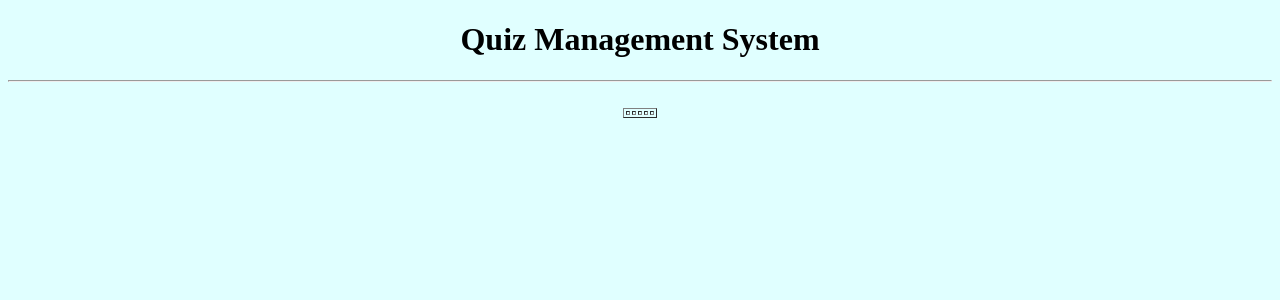
Repository: Rohitsenpai01/Quiz-Manangement-System
Page: http://localhost/WebQuizApp/viewresult.jsp
These files come from the project's save history. The page is drawn as it stood at one moment and after the next save; the edit follows.
The browser window is 1280 px wide. The pictures show the whole page.
The page is served by Tomcat 9. Other server files are loaded and not shown. Queries for data that is not in the repository find no rows.

Above is the page before, as saved 2025-12-30 18:43:33.

### WebQuizApp/WebQuizApp/src/main/webapp/viewresult.jsp
<%@ page language="java" contentType="text/html; charset=UTF-8"
    pageEncoding="UTF-8"%>
<%@ taglib prefix="c" uri="http://java.sun.com/jsp/jstl/core" %>
<!DOCTYPE html>
<html>
<head>
<meta charset="UTF-8">
<title>Insert title here</title>
</head>
<body bgcolor="${initParam.theme}">
	<h1 style="text-align: center;">${initParam.appTitle}</h1><hr><br>
	<jsp:useBean id="vr" class="com.app.beans.AttemptQuizBean"/>
	${vr.viewresult()}
	<div style="text-align: center;">
		<table border="1" align="center">
			<thead>
				<tr>
					<th></th>
					<th></th>
					<th></th>
					<th></th>
					<th></th>
				</tr>
			</thead>
			<tbody>
				<c:forEach var="at" items="${vr.attemptList }">
					<tr>
						<td>${at.attempt_id}</td>
						<td>${at.quiz_id}</td>
						<td>${at.user_id}</td>
						<td>${at.final_score}</td>
						<td>${at.total_questions}</td>
					</tr>
				</c:forEach>
			</tbody>
		</table>
	</div>
</body>
</html>

### WebQuizApp/WebQuizApp/src/main/java/com/app/beans/AttemptQuizBean.java
package com.app.beans;

import java.util.ArrayList;
import java.util.List;

import com.app.daos.AttemptDao;
import com.app.daos.AttemptDaoImp;
import com.app.pojos.Attempts;

public class AttemptQuizBean {
	private List<Attempts> attemptList;
	public AttemptQuizBean() {
		this.attemptList = new ArrayList<>();
	}
	public List<Attempts> getAttemptList() {
		return attemptList;
	}
	public void setAttemptList(List<Attempts> attemptList) {
		this.attemptList = attemptList;
	}
	public void viewresult() {
		try(AttemptDao attemptDao = new AttemptDaoImp()) {
			List<Attempts> attempt = attemptDao.findAll();
			this.attemptList =  attempt;
		} catch(Exception e) {
			e.printStackTrace();
		}
	}

}

### WebQuizApp/WebQuizApp/src/main/java/com/app/daos/AttemptDao.java
package com.app.daos;

import java.util.List;

import com.app.pojos.Attempts;

public interface AttemptDao extends AutoCloseable{
	List<Attempts> findAll() throws Exception;
}

### WebQuizApp/WebQuizApp/src/main/java/com/app/daos/Dao.java
package com.app.daos;

import java.sql.Connection;
import com.app.util.DbUtil;

public class Dao implements AutoCloseable{
	protected Connection con;
	public Dao() throws Exception{
		con = DbUtil.getConnection();
	}
	public void close() throws Exception {
		if(con != null) {
			con.close();
		}
	}
}

### WebQuizApp/WebQuizApp/src/main/java/com/app/daos/AttemptDaoImp.java
package com.app.daos;

import java.sql.PreparedStatement;
import java.sql.ResultSet;
import java.util.ArrayList;
import java.util.List;

import com.app.pojos.Attempts;

public class AttemptDaoImp extends Dao implements AttemptDao{

	private PreparedStatement stmtFindAll;

	public AttemptDaoImp() throws Exception {
		stmtFindAll = con.prepareStatement("SELECT attempt_id,quiz_id,quiz_attempts.user_id,name,final_score,total_questions FROM quiz_attempts INNER JOIN users ON quiz_attempts.user_id = users.user_id");
	}

	@Override
	public List<Attempts> findAll() throws Exception {
		List<Attempts> list = new ArrayList<>();
		try(ResultSet rs = stmtFindAll.executeQuery()) {
			while(rs.next()) {
				int attempt_id = rs.getInt("attempt_id");
				int quiz_id = rs.getInt("quiz_id");
				int user_id = rs.getInt("user_id");
				String name = rs.getString("name");
				int final_score = rs.getInt("final_score");
				int total_questions = rs.getInt("total_questions");
				Attempts at = new Attempts(attempt_id, quiz_id, user_id, name, final_score, total_questions, null);
				list.add(at);
			}
		}
		return list;
	}

}

### WebQuizApp/WebQuizApp/src/main/java/com/app/util/DbUtil.java
package com.app.util;

import java.sql.Connection;
import java.sql.DriverManager;

public class DbUtil {
	private static final String DB_DRIVER = "com.mysql.cj.jdbc.Driver";
	private static final String DB_URL = "jdbc:mysql://localhost:3306/quiz_management_system";
	private static final String DB_USER = "root";
	private static final String DB_PASSWD = "manager";

	static {
		try {
			Class.forName(DB_DRIVER);
		} catch(Exception e) {
			e.printStackTrace();
			System.exit(1);
		}
	}

	public static Connection getConnection() throws Exception {
		Connection con = DriverManager.getConnection(DB_URL, DB_USER, DB_PASSWD);
		return con;
	}
}

### WebQuizApp/WebQuizApp/src/main/java/com/app/pojos/Attempts.java
package com.app.pojos;

import java.time.LocalDateTime;

public class Attempts {
	public int id;
	public int quiz_id;
	public int student_id;
	public String student_name;
	public int score;
	public int total;
	public LocalDateTime attemptTime;

	public Attempts() {
	}

	public Attempts(int id, int quiz_id, int student_id, String student_name, int score, int total, LocalDateTime attemptTime) {
		this.id = id;
		this.quiz_id = quiz_id;
		this.student_id = student_id;
		this.student_name = student_name;
		this.score = score;
		this.total = total;
		this.attemptTime = attemptTime;
	}

	public int getId() {
		return id;
	}

	public void setId(int id) {
		this.id = id;
	}

	public int getQuiz_id() {
		return quiz_id;
	}

	public void setQuiz_id(int quiz_id) {
		this.quiz_id = quiz_id;
	}

	public int getStudent_id() {
		return student_id;
	}

	public void setStudent_id(int student_id) {
		this.student_id = student_id;
	}

	public String getStudent_name() {
		return student_name;
	}

	public void setStudent_name(String string) {
		this.student_name = string;
	}

	public int getScore() {
		return score;
	}

	public void setScore(int score) {
		this.score = score;
	}

	public int getTotal() {
		return total;
	}

	public void setTotal(int total) {
		this.total = total;
	}

	public LocalDateTime getAttemptTime() {
		return attemptTime;
	}

	public void setAttemptTime(LocalDateTime attemptTime) {
		this.attemptTime = attemptTime;
	}

}

After the next save:
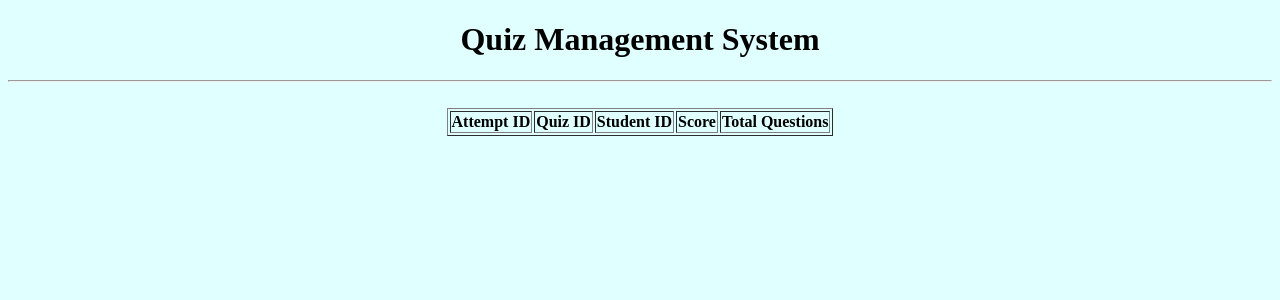
Saved 90 s later.
--- a/WebQuizApp/WebQuizApp/src/main/webapp/viewresult.jsp
+++ b/WebQuizApp/WebQuizApp/src/main/webapp/viewresult.jsp
@@ -15,11 +15,11 @@
 		<table border="1" align="center">
 			<thead>
 				<tr>
-					<th></th>
-					<th></th>
-					<th></th>
-					<th></th>
-					<th></th>
+					<th>Attempt ID</th>
+					<th>Quiz ID</th>
+					<th>Student ID</th>
+					<th>Score</th>
+					<th>Total Questions</th>
 				</tr>
 			</thead>
 			<tbody>
